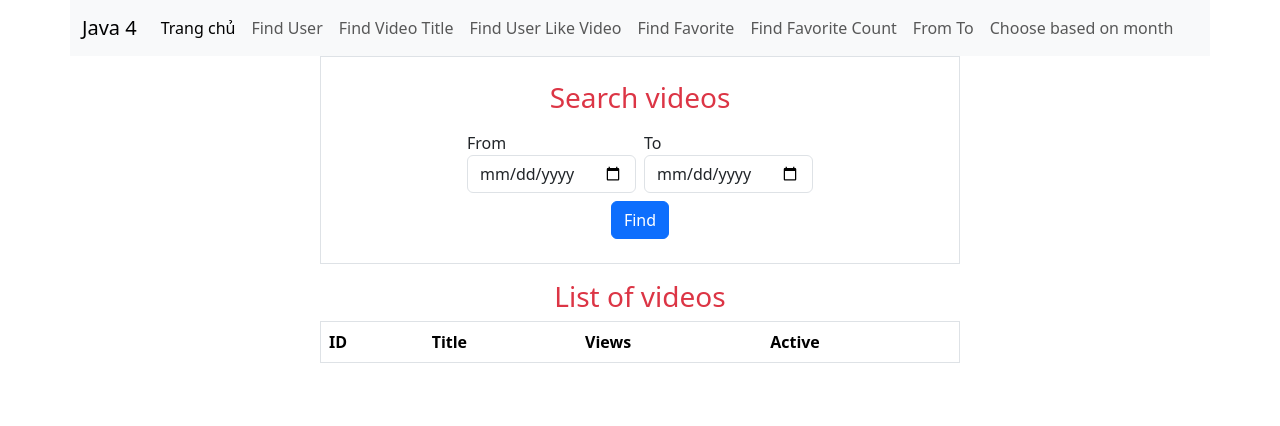
Repository: DanielNine9/java_servlet
Page: http://localhost/lab6/find/from-to
An editor plug-in stored every save of this project. The page is shown before and after the next save, followed by the edit.
The browser window is 1280 px wide. The pictures show the whole page.
The page is served by Tomcat 9. Other server files are loaded and not shown.

Above is the page before, as saved 2024-07-17 10:17:10.

### lab6/src/main/webapp/lab6/fromTo.jsp
<%@ page language="java" contentType="text/html; charset=UTF-8"
	pageEncoding="UTF-8"%>

<%@ taglib uri="http://java.sun.com/jsp/jstl/core" prefix="c"%>
<!DOCTYPE html>
<html>
<head>
<meta charset="UTF-8">
<title>Insert title here</title>
<link
	href="https://cdn.jsdelivr.net/npm/bootstrap@5.3.3/dist/css/bootstrap.min.css"
	rel="stylesheet"
	integrity="sha384-QWTKZyjpPEjISv5WaRU9OFeRpok6YctnYmDr5pNlyT2bRjXh0JMhjY6hW+ALEwIH"
	crossorigin="anonymous">
</head>
<body>

	<%@include file="../layout/header.jsp"%>
	<form method="post" action="/lab6/find/from-to" class="w-50 mx-auto p-4 border">
		<h3 class="text-center text-danger">Search videos</h3>
		<div class="d-flex gap-2 py-2 justify-content-center">
			<div>
				<label>From</label> <input type="date" name="from" class="form-control">
			</div>
			<div>
				<label>To</label> <input type="date" name="to" class="form-control">
			</div>
		</div>
		<div class="d-flex justify-content-center">
			<button class="btn btn-primary">Find</button>

		</div>
	</form>
	 <div class="mt-3 w-50 mx-auto">
        <c:if test="${not empty error}">
            <div class="alert alert-danger">${error}</div>
        </c:if>
           <c:if test="${not empty message}">
            <div class="alert alert-primary">${message}</div>
        </c:if>

    </div>
	<h3 class="text-danger text-center">List of videos</h3>
	<table class="w-50 mx-auto table table-striped table-hover" border="1">
		<thead>
			<th>ID</th>
			<th>Title</th>
			<th>Views</th>
			<th>Active</th>
		</thead>
		<tr>
			<c:forEach var="item" items="${videos}">
				<tr>
					<td>${item.id}</td>
					<td>${item.title}</td>
					<td>${item.views}</td>
					<td>${item.active}</td>
				</tr>
			</c:forEach>
		</tr>
	</table>

</body>
</html>

### lab6/src/main/webapp/layout/header.jsp
<%@ page language="java" contentType="text/html; charset=UTF-8"
	pageEncoding="UTF-8"%>

<%@ taglib uri="http://java.sun.com/jsp/jstl/core" prefix="c"%>


<c:url var="url" value="/find" />
<nav class="container navbar navbar-expand-lg bg-body-tertiary">
	<div class="container-fluid">
		<a class="navbar-brand" href="#">Java 4 ${url1}</a>
		<button class="navbar-toggler" type="button" data-bs-toggle="collapse"
			data-bs-target="#navbarSupportedContent"
			aria-controls="navbarSupportedContent" aria-expanded="false"
			aria-label="Toggle navigation">
			<span class="navbar-toggler-icon"></span>
		</button>
		<div class="collapse navbar-collapse" id="navbarSupportedContent">
			<ul class="navbar-nav me-auto mb-2 mb-lg-0">
				<li class="nav-item"><a class="nav-link active"
					aria-current="page" href="/lab6/index.jsp">Trang chủ</a></li>
				<li class="nav-item"><a class="nav-link" href="${url}/find-userID">Find User</a>
				<li class="nav-item"><a class="nav-link" href="${url}/find-videoTitle">Find Video Title</a>
				<li class="nav-item"><a class="nav-link" href="${url}/find-userLikeVideo">Find User Like Video</a>
				<li class="nav-item"><a class="nav-link" href="${url}/find-favorite">Find Favorite</a>
				<li class="nav-item"><a class="nav-link" href="${url}/favorite-count">Find Favorite Count</a>
				<li class="nav-item"><a class="nav-link" href="${url}/from-to">From To</a>
				<li class="nav-item"><a class="nav-link" href="${url}/choose-month">Choose based on month</a>
			</ul>

		</div>
	</div>
</nav>

### lab6/src/main/java/servlet/FindServlet.java
package servlet;

import java.io.IOException;
import java.text.SimpleDateFormat;
import java.util.ArrayList;
import java.util.Date;
import java.util.List;

import javax.servlet.ServletException;
import javax.servlet.annotation.WebServlet;
import javax.servlet.http.HttpServlet;
import javax.servlet.http.HttpServletRequest;
import javax.servlet.http.HttpServletResponse;

import bean.Favorite;
import bean.Report;
import bean.User2;
import bean.Video;
import dao.ReportDAO;
import dao.UserDAO;
import dao.VideoDAO;

@WebServlet({ "/find/find-userID", "/find/find-videoTitle", "/find/find-userLikeVideo", "/find/find-favorite",
		"/find/choose-month", "/find/from-to", "/find/favorite-count" })
public class FindServlet extends HttpServlet {
	@Override
	protected void service(HttpServletRequest req, HttpServletResponse resp) throws ServletException, IOException {
		String uri = req.getRequestURI();
		System.out.println("uri >>> " + uri);
		String method = req.getMethod();
		System.out.println("method >>> " + method);
		if ("post".equalsIgnoreCase(method)) {
			if (uri.contains("find-userID")) {
				this.findUserID(req, resp);
			} else if (uri.contains("find-videoTitle")) {
				this.findVideoTitle(req, resp);
			} else if (uri.contains("find-userLikeVideo")) {
				this.findUserLikeVideo(req, resp);
			} else if (uri.contains("find-favorite")) {
				this.findFavorite(req, resp);
			} else if (uri.contains("favorite-count")) {
				this.favoriteCount(req, resp);
			} else if (uri.contains("list-videos")) {
				this.listVideo(req, resp);
			} else if (uri.contains("from-to")) {
				this.fromTo(req, resp);
			}else if (uri.contains("choose-month")) {
                this.chooseMonth(req, resp);
            }
		} else {
			req.setAttribute("user", null);
			req.setAttribute("favorites", new ArrayList<>());
			req.setAttribute("users", new ArrayList<>());
			req.setAttribute("reports", new ArrayList<>());
			if (uri.contains("find-userID")) {
				req.getRequestDispatcher("/lab6/find-userID.jsp").forward(req, resp);
			} else if (uri.contains("find-videoTitle")) {
				req.getRequestDispatcher("/lab6/findVideoTitle.jsp").forward(req, resp);
			} else if (uri.contains("find-userLikeVideo")) {
				req.getRequestDispatcher("/lab6/findUserLikeVideo.jsp").forward(req, resp);
			} else if (uri.contains("find-favorite")) {
				req.getRequestDispatcher("/lab6/findFavorite.jsp").forward(req, resp);
			} else if (uri.contains("favorite-count")) {
				this.favoriteCount(req, resp);
			} else if (uri.contains("from-to")) {
				req.getRequestDispatcher("/lab6/fromTo.jsp").forward(req, resp);
			} else if (uri.contains("choose-month")) {
				req.getRequestDispatcher("/lab6/chooseMonth.jsp").forward(req, resp);
			}

		}

	}

	private void chooseMonth(HttpServletRequest req, HttpServletResponse resp) throws ServletException, IOException {
        String methodString = req.getMethod();
        if( req.getParameterValues("months") == null) {
        	 req.setAttribute("error", "Please, choose at less 1 month");

        }else
        if (methodString.equalsIgnoreCase("post")) {
            try {
                String[] monthStrings = req.getParameterValues("months");
                System.out.println(monthStrings);
                String message = "Choose months: ";
                for (String month : monthStrings) {
                	message += month + " ";
                    System.out.println(month);
                }
                message += ".";
                List<Integer> months = new ArrayList<>();
                for (String month : monthStrings) {
                    months.add(Integer.parseInt(month));
                }
                VideoDAO dao = new VideoDAO();
                List<Video> videos = dao.findByMonth(months);

                req.setAttribute("message", message);

                req.setAttribute("videos", videos);
            } catch (Exception e) {
                System.out.println(e);
                req.setAttribute("error", "An error occurred while fetching the videos.");
            }
        }
        req.getRequestDispatcher("/lab6/chooseMonth.jsp").forward(req, resp);
    }
	private void findUserID(HttpServletRequest req, HttpServletResponse resp) throws ServletException, IOException {
		String methodString = req.getMethod();
		if (methodString.equalsIgnoreCase("post")) {
			try {
				String username = req.getParameter("username");
				UserDAO dao = new UserDAO();
				User2 user = dao.findByID(username);
				List<Favorite> favorites = new ArrayList<>();
				if (user != null) {

					favorites = user.getFavorites();

				}
				req.setAttribute("user", user);
				req.setAttribute("favorites", favorites);
			} catch (Exception e) {
				System.out.println(e);
			}
		}
		req.getRequestDispatcher("/lab6/find-userID.jsp").forward(req, resp);
	}

	private void findVideoTitle(HttpServletRequest req, HttpServletResponse resp) throws ServletException, IOException {
		String methodString = req.getMethod();
		if (methodString.equalsIgnoreCase("post")) {
			try {
				String keyword = req.getParameter("keyword");
				VideoDAO dao = new VideoDAO();
				List<Video> videos = dao.findByTitle(keyword);
				req.setAttribute("videos", videos);
			} catch (Exception e) {
				System.out.println(e);
			}
		}
		req.getRequestDispatcher("/lab6/findVideoTitle.jsp").forward(req, resp);
	}

	private void findUserLikeVideo(HttpServletRequest req, HttpServletResponse resp)
			throws ServletException, IOException {
		String methodString = req.getMethod();
		if (methodString.equalsIgnoreCase("post")) {
			try {
				String videoId = req.getParameter("videoId");
				UserDAO dao = new UserDAO();
				List<User2> users = dao.findUserLikeVideo(videoId);
				req.setAttribute("users", users);
			} catch (Exception e) {
				System.out.println(e);
				e.printStackTrace();
			}
		}
		req.getRequestDispatcher("/lab6/findUserLikeVideo.jsp").forward(req, resp);
	}

	private void findFavorite(HttpServletRequest req, HttpServletResponse resp) throws ServletException, IOException {
		String methodString = req.getMethod();
		if (methodString.equalsIgnoreCase("post")) {
			try {
				Boolean favorite = Boolean.parseBoolean(req.getParameter("favorite"));
				VideoDAO dao = new VideoDAO();
				List<Video> list = dao.findFavorite(favorite);
				req.setAttribute("videos", list);
			} catch (Exception e) {
				System.out.println(e);
			}
		}
		req.getRequestDispatcher("/lab6/findFavorite.jsp").forward(req, resp);
	}

	private void listVideo(HttpServletRequest req, HttpServletResponse resp) throws ServletException, IOException {
		String methodString = req.getMethod();
		if (methodString.equalsIgnoreCase("post")) {
			try {
				Boolean favorite = Boolean.parseBoolean(req.getParameter("favorite"));
				VideoDAO dao = new VideoDAO();
				List<Video> list = dao.findFavorite(favorite);
				req.setAttribute("videos", list);
			} catch (Exception e) {
				System.out.println(e);
			}
		}
		req.getRequestDispatcher("/lab6/findFavorite.jsp").forward(req, resp);
	}

	private void favoriteCount(HttpServletRequest req, HttpServletResponse resp) throws ServletException, IOException {
		String methodString = req.getMethod();
		if (methodString.equalsIgnoreCase("get")) {
			try {
				ReportDAO dao = new ReportDAO();
				List<Report> reports = dao.report();
				req.setAttribute("reports", reports);
			} catch (Exception e) {
				System.out.println(e);
			}
		}
		req.getRequestDispatcher("/lab6/favoriteCount.jsp").forward(req, resp);
	}

	private void fromTo(HttpServletRequest req, HttpServletResponse resp) throws ServletException, IOException {
		String methodString = req.getMethod();
		String from = req.getParameter("from");
		String to = req.getParameter("to");
		System.out.println(from);
		System.out.println(to);
		if (from.isBlank() || to.isBlank()) {
			req.setAttribute("error", "Please, Fill all field");
		} else if (methodString.equalsIgnoreCase("post")) {
			req.setAttribute("message", "From: " + from + "\nTo: " + to);
			try {
				VideoDAO dao = new VideoDAO();
				SimpleDateFormat dateFormat = new SimpleDateFormat("yyyy-MM-dd"); // Adjust format as per your
																					// requirement
				Date fromDate = dateFormat.parse(from);
				Date toDate = dateFormat.parse(to);

				List<Video> videos = dao.findInRange(fromDate, toDate);
				req.setAttribute("videos", videos);
			} catch (Exception e) {
				System.out.println(e);
			}
		}
		System.out.println("xuong day");
		req.getRequestDispatcher("/lab6/fromTo.jsp").forward(req, resp);
	}
}

After the next save:
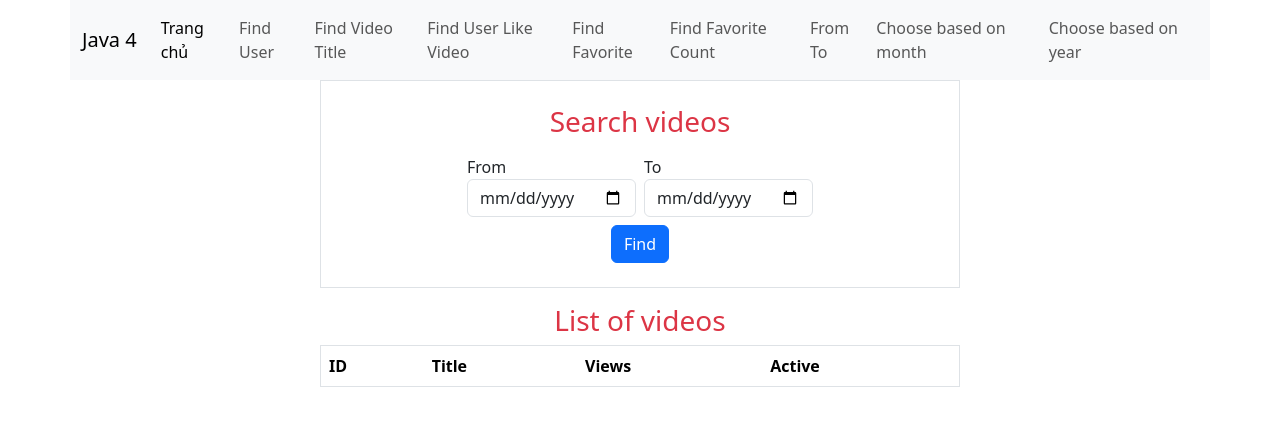
Saved 115 s later.
--- a/lab6/src/main/webapp/layout/header.jsp
+++ b/lab6/src/main/webapp/layout/header.jsp
@@ -25,6 +25,7 @@
 				<li class="nav-item"><a class="nav-link" href="${url}/favorite-count">Find Favorite Count</a>
 				<li class="nav-item"><a class="nav-link" href="${url}/from-to">From To</a>
 				<li class="nav-item"><a class="nav-link" href="${url}/choose-month">Choose based on month</a>
+				<li class="nav-item"><a class="nav-link" href="${url}/choose-month">Choose based on year</a>
 			</ul>
 
 		</div>
